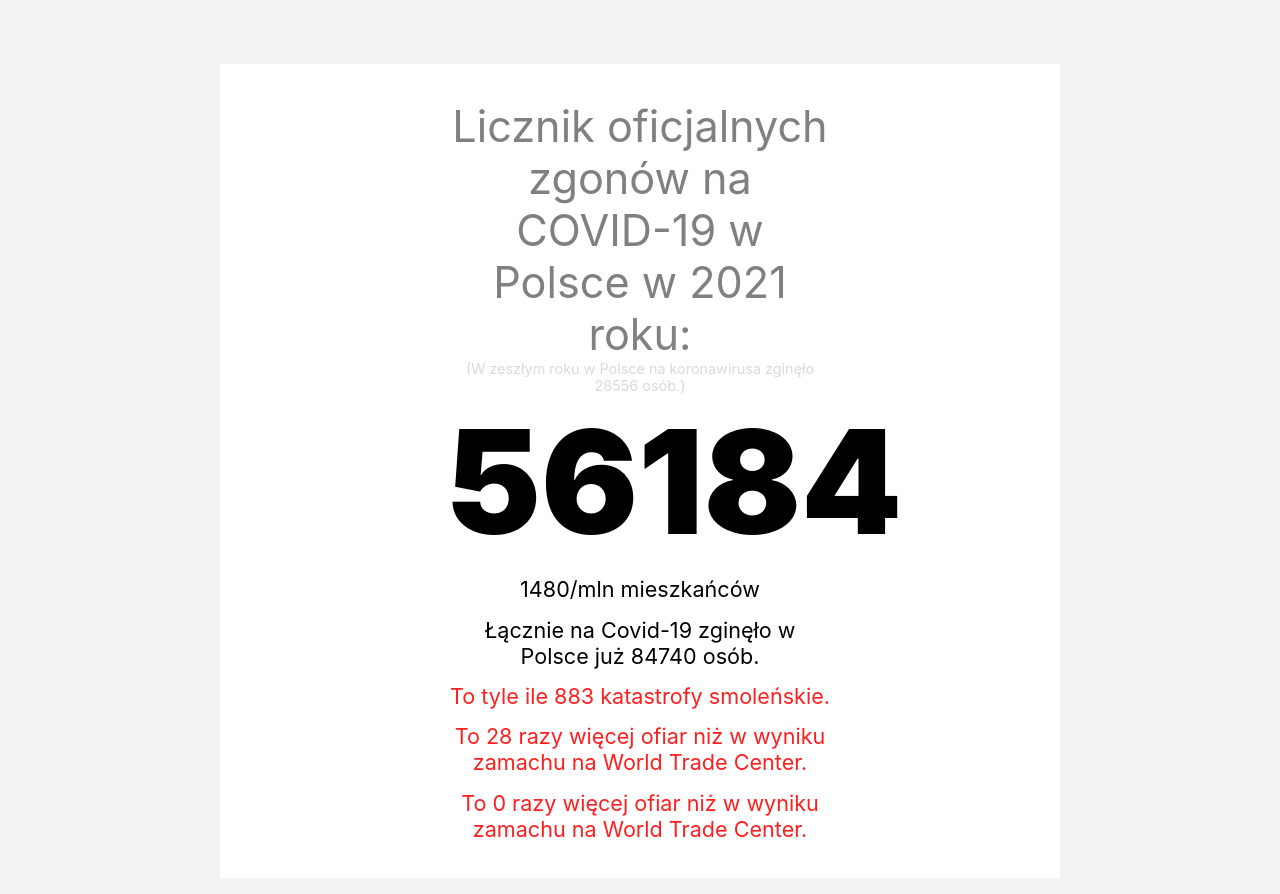
Repository: michalgornicki/poland-covid
Page: /
These files come from the project's save history. The page is drawn as it stood at one moment and after the next save; the edit follows.
The browser window is 1280 px wide. The pictures show the whole page.
The project was rebuilt for these pictures with package versions that can differ from the ones it lists, and the page was loaded fresh each time.

Above is the page before, as saved 2021-12-04 19:47:03.

### src/App.jsx
import React, { useEffect } from "react";
import "./App.css";

function App() {
  const startTime = () => {
    const date = new Date();
    let miliseconds = date.getTime();
    let seconds = Math.round(miliseconds / 1000);
    let thisYearSeconds = Math.round(seconds - 1609401600);
    let deaths = Math.round(thisYearSeconds * 0.00192110763);
    let allDeaths = deaths + 28556;
    let smolensk = Math.round(allDeaths / 96);
    let tradeCenter = Math.round(allDeaths / 2977);
    let uprising = Math.round(allDeaths / 175000);


    document.getElementsByClassName("counter")[0].innerHTML = deaths;
    let deathsPerMillion = Math.round(deaths / 37.95);
    document.getElementsByClassName("counter-2")[0].innerHTML =
      deathsPerMillion + "/mln mieszkańców";
    document.getElementsByClassName("counter-3")[0].innerHTML =
      "Łącznie na Covid-19 zginęło w Polsce już " + (deaths + 28556) + " osób.";
    document.getElementsByClassName("counter-4")[0].innerHTML =
      "To tyle ile " + smolensk + " katastrofy smoleńskie.";
      document.getElementsByClassName("counter-4")[1].innerHTML =
      "To " + tradeCenter + " razy więcej ofiar niż w wyniku zamachu na World Trade Center.";
      document.getElementsByClassName("counter-4")[2].innerHTML =
      "To " + uprising + " razy więcej ofiar niż w wyniku zamachu na World Trade Center.";

    setTimeout(startTime, 1000);
  };

  useEffect(() => {
    startTime();
  });

  return (
    <p>
      <div className="text-container">
        <div className="header">
          Licznik oficjalnych zgonów na COVID-19 w Polsce w 2021 roku:
        </div>
        <div className="header-2">
          (W zeszłym roku w Polsce na koronawirusa zginęło 28556 osób.)
        </div>
        <div className="counter">{""}</div>
        <div className="counter-2">{""}</div>
        <div className="counter-3"></div>
        <div className="counter-4"></div>
        <div className="counter-4"></div>
        <div className="counter-4"></div>
      </div>
    </p>
  );
}

export default App;

### src/App.css
body{
    background-color: rgb(243, 243, 243);
}

.text-container{
    display: block;
    margin: auto;
    margin-top: 5%;
    background-color: white;
    width: 60%;
    padding: 5vmin;
}

.header{
    font-size: 6vmin;
    display: block;
    margin: auto;
    width: 50%;
    text-align: center;
    color: gray;
}

.header-2{
    font-size: 2vmin;
    display: block;
    margin: auto;
    width: 50%;
    text-align: center;
    color: rgb(218, 218, 218);
}

.counter{
    font-size: 20vmin;
    font-weight: 900;
    display: block;
    margin: auto;
    width: 50%;
    text-align: center;
    color: rgb(0, 0, 0);
}

.counter-2{
    font-size: 3vmin;
    display: block;
    margin: auto;
    margin-top: 1vmin;
    width: 50%;
    text-align: center;
}

.counter-3{
    font-size: 3vmin;
    display: block;
    margin: auto;
    margin-top: 2vmin;
    width: 50%;
    text-align: center;
    color: rgb(0, 0, 0);
}

.counter-4{
    font-size: 3vmin;
    display: block;
    margin: auto;
    margin-top: 2vmin;
    width: 50%;
    text-align: center;
    color: rgb(255, 31, 31);
}

Loaded but not shown: public/index.html (common file); src/index.js (common file); src/index.css (common file); src/reportWebVitals.js (common file)

After the next save:
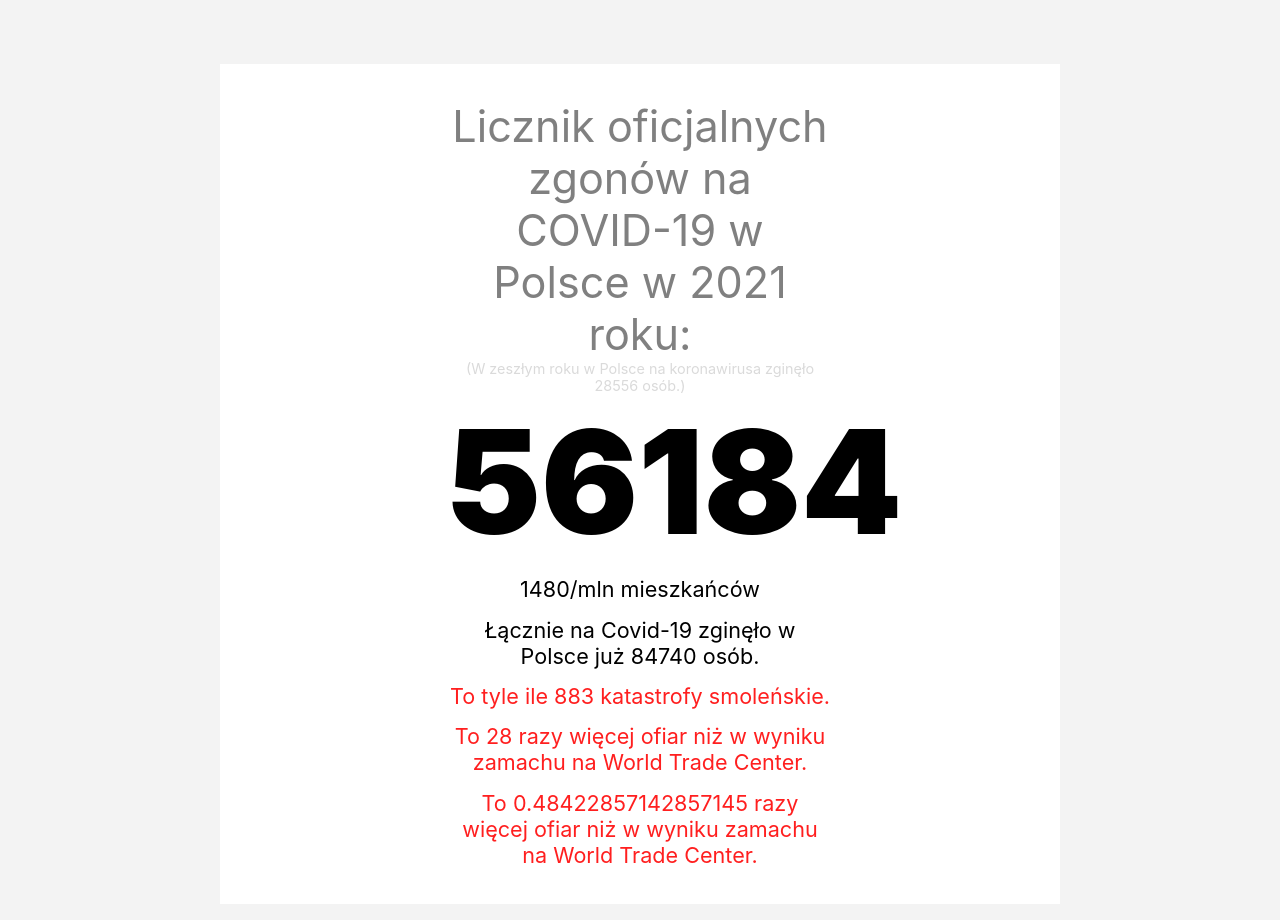
Saved 13 s later.
--- a/src/App.jsx
+++ b/src/App.jsx
@@ -11,7 +11,7 @@ function App() {
     let allDeaths = deaths + 28556;
     let smolensk = Math.round(allDeaths / 96);
     let tradeCenter = Math.round(allDeaths / 2977);
-    let uprising = Math.round(allDeaths / 175000);
+    let uprising = (allDeaths / 175000);
 
 
     document.getElementsByClassName("counter")[0].innerHTML = deaths;
